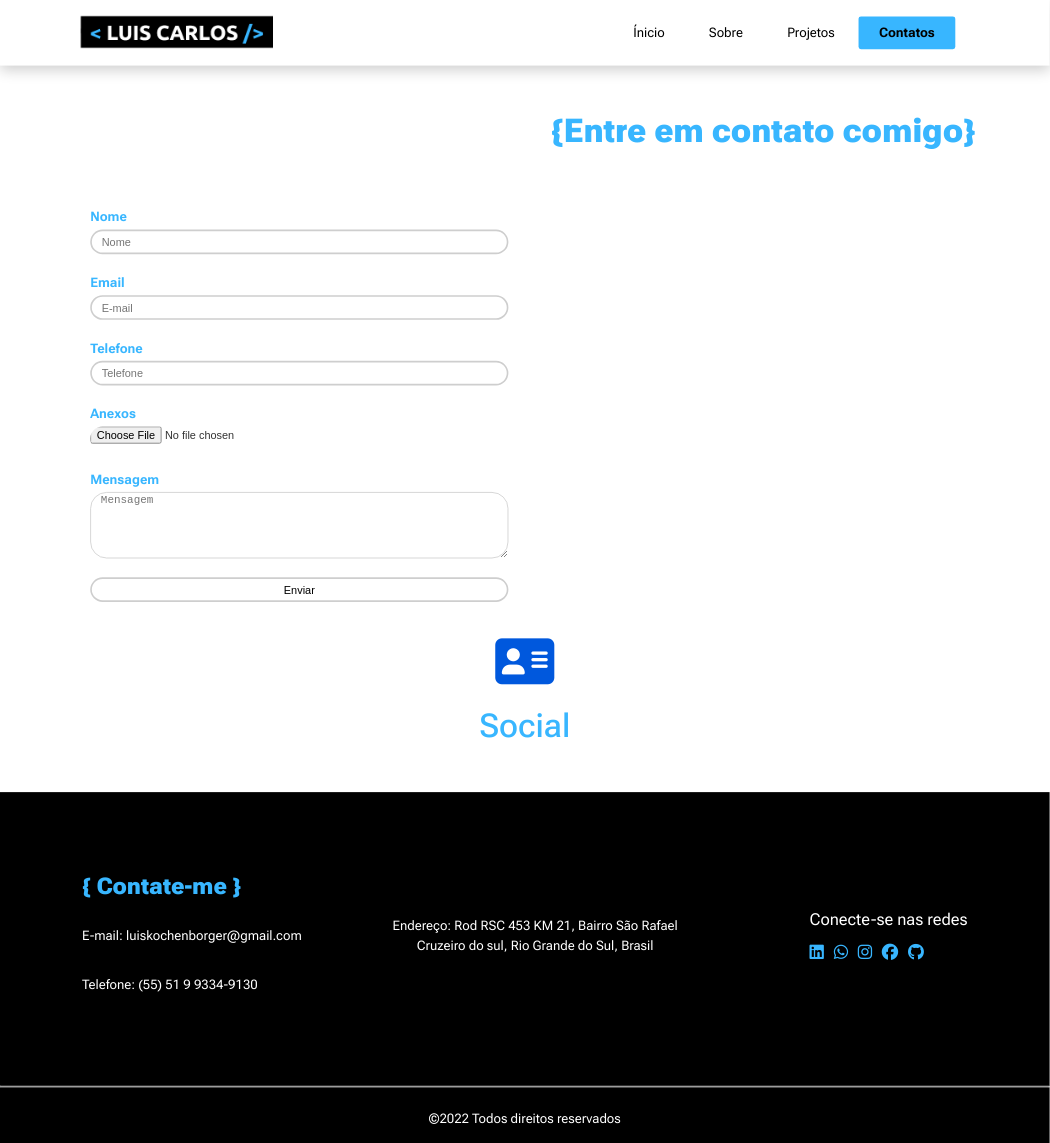
Repository: Iluiscarlos/SitePortifolio
Page: contacts.html
An editor plug-in stored every save of this project. The page is shown before and after the next save, followed by the edit.
The browser window is 1280 px wide. The pictures show the whole page, at 82% of full size.
Some web libraries are served in a nearby version.

Above is the page before, as saved 2022-05-25 17:47:42.

After the next save:
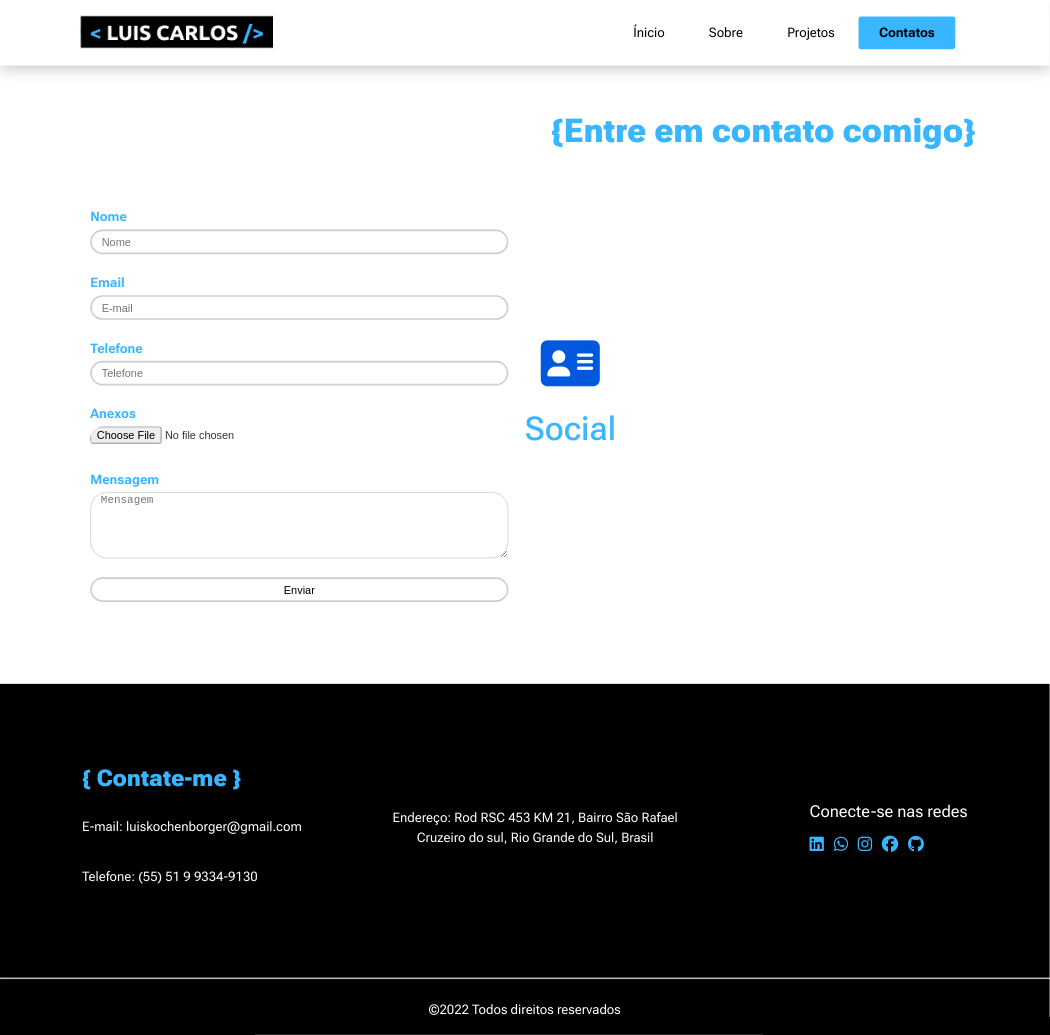
Saved 78 s later.
--- a/contacts.html
+++ b/contacts.html
@@ -56,12 +56,14 @@
             <input class="form-item" type="submit" value="Enviar">
         </form>
         </div>
+        <div>
+            <div class="icon__large">
+                <i class="fa-solid fa-address-card"></i>
+            </div>
+            <h1 class="subtitle">Social</h1>
+            </div>
     </section>
-    <div class="icon__large">
-        <i class="fa-solid fa-address-card"></i>
-    </div>
-    <h1 class="subtitle">Social</h1>
-    </div>
+
 </main>
     <footer>
         <section class="andress">
